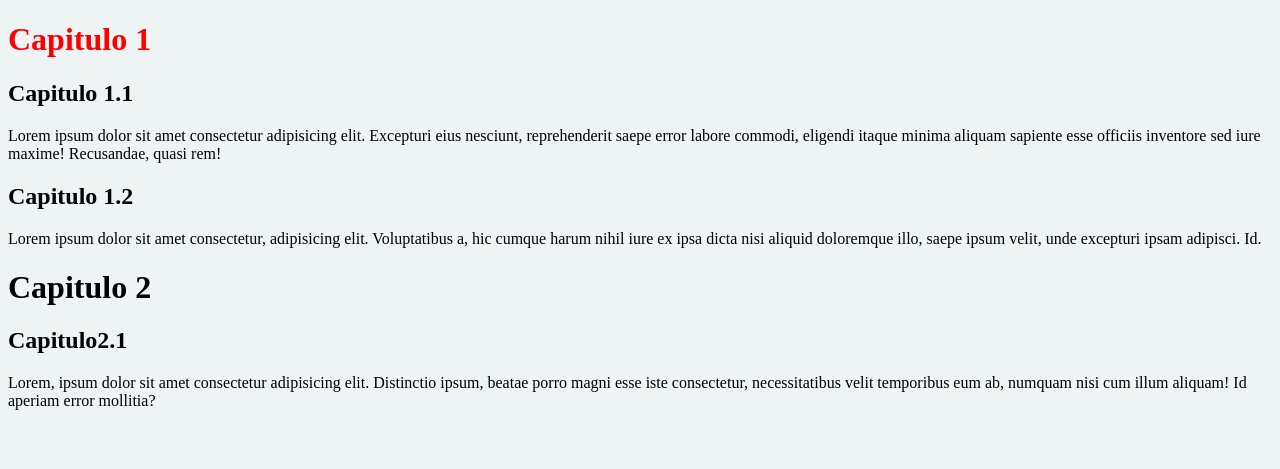
Repository: Guillermomarcon/exercicios
Page: ex013.1/index.html
These files come from the project's save history. The page is drawn as it stood at one moment and after the next save; the edit follows.
The browser window is 1280 px wide. The pictures show the whole page.

Above is the page before, as saved 2020-12-31 15:30:41.

### ex013.1/index.html
<!DOCTYPE html>
<html lang="pt-br">
<head>
    <meta charset="UTF-8">
    <meta name="viewport" content="width=device-width, initial-scale=1.0">
    <title>Estilos in-line</title>
    <link rel="shortcut icon" href="imagens/favicon-16x16.png" type="image/x-icon">
</head>
<body style="background-color: rgb(238, 243, 243); font-family: ;">
    <h1 style="color: red;">Capitulo 1</h1>
    <h2>Capitulo 1.1</h2>
    <p>
        Lorem ipsum dolor sit amet consectetur adipisicing elit. Excepturi eius nesciunt, reprehenderit saepe error labore commodi, eligendi itaque minima aliquam sapiente esse officiis inventore sed iure maxime! Recusandae, quasi rem!
    </p>
    <h2>Capitulo 1.2</h2>
    <p>
        Lorem ipsum dolor sit amet consectetur, adipisicing elit. Voluptatibus a, hic cumque harum nihil iure ex ipsa dicta nisi aliquid doloremque illo, saepe ipsum velit, unde excepturi ipsam adipisci. Id.
    </p>
    <h1>Capitulo 2</h1>
    <h2>Capitulo2.1</h2>
    <p>
        Lorem, ipsum dolor sit amet consectetur adipisicing elit. Distinctio ipsum, beatae porro magni esse iste consectetur, necessitatibus velit temporibus eum ab, numquam nisi cum illum aliquam! Id aperiam error mollitia?
    </p>




</body>
</html>

After the next save:
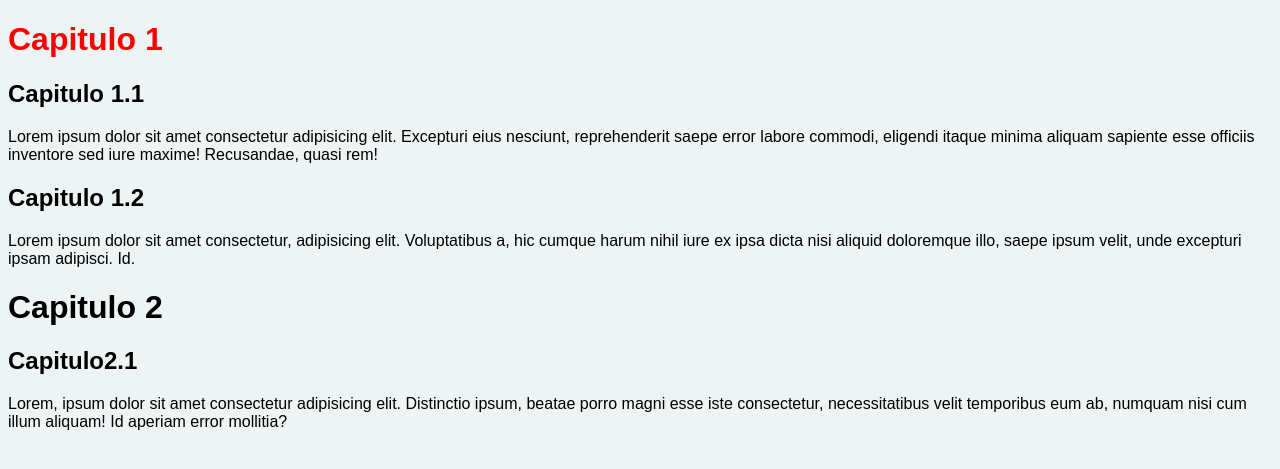
Saved 4 s later.
--- a/ex013.1/index.html
+++ b/ex013.1/index.html
@@ -6,7 +6,7 @@
     <title>Estilos in-line</title>
     <link rel="shortcut icon" href="imagens/favicon-16x16.png" type="image/x-icon">
 </head>
-<body style="background-color: rgb(238, 243, 243); font-family: ;">
+<body style="background-color: rgb(238, 243, 243); font-family: Arial, Helvetica, sans-serif;">
     <h1 style="color: red;">Capitulo 1</h1>
     <h2>Capitulo 1.1</h2>
     <p>
